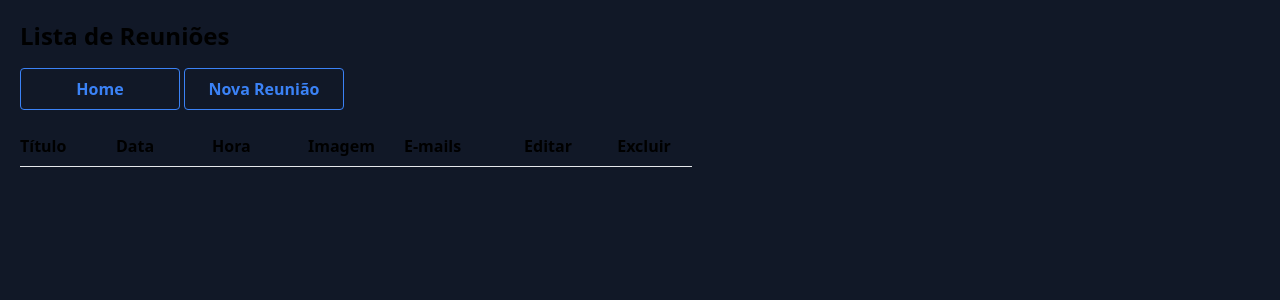
Repository: TamiBeira/meeting
Page: /meetings
These files come from the project's save history. The page is drawn as it stood at one moment and after the next save; the edit follows.
The browser window is 1280 px wide. The pictures show the whole page.
The project was rebuilt for these pictures with package versions that can differ from the ones it lists, and the page was loaded fresh each time. Also part of the build but not shown: vite.config.ts, src/contexts/FormContext.tsx, src/components/Form.tsx, src/components/HomePage.tsx.

Above is the page before, as saved 2024-02-27 00:13:16.

### index.html
<!doctype html>
<html lang="pt">
  <head>
    <meta charset="UTF-8" />
    <meta name="viewport" content="width=device-width, initial-scale=1.0" />
    <title>Meeting</title>
  </head>
  <body>
    <div id="root"></div>
    <script type="module" src="/src/main.tsx"></script>
  </body>
</html>

### src/app.tsx
import { BrowserRouter as Router, Routes, Route } from 'react-router-dom';
import { FormProvider } from './contexts/FormContext';
import { MeetingsProvider } from './contexts/MeetingsContext';
import { Form } from './components/Form';
import { MeetingsView } from './components/MeetingsView';
import { HomePage } from './components/HomePage';

export const App = () => {
  return (
    <Router>
      <Routes>
        <Route path="/" element={<HomePage />} />
        <Route path="/form" element={<FormProvider><Form /></FormProvider>} />
        <Route path="/meetings" element={<MeetingsProvider><MeetingsView /></MeetingsProvider>} />
      </Routes>
    </Router>
  );
};

### src/contexts/MeetingsContext.tsx
import React, { createContext, useState, useEffect, useContext } from 'react';
import { toast } from 'react-toastify';

export interface Meeting {
  title: string;
  data: string;
  hora: string;
  imagem?: string;
  imagemPath?: string;
  emails: string[];
}

interface MeetingsContextType {
  meetings: Meeting[];
  editableIndex: number | null;
  editedMeeting: Meeting;
  handleEdit: (index: number) => void;
  handleSave: () => void;
  handleDelete: (index: number) => void;
  handleInputChange: (event: React.ChangeEvent<HTMLInputElement>, key: string) => void;
}

interface MeetingContextProviderProps {
  children: React.ReactNode;
}

const MeetingsContext = createContext<MeetingsContextType | undefined>(undefined);

export const useMeetingsContext = () => {
  const context = useContext(MeetingsContext);
  if (!context) {
    throw new Error('useMeetingsContext must be used within a MeetingsProvider');
  }
  return context;
};

export const MeetingsProvider: React.FC<MeetingContextProviderProps> = ({ children }) => {
  const [meetings, setMeetings] = useState<Meeting[]>([]);
  const [editableIndex, setEditableIndex] = useState<number | null>(null);
  const [editedMeeting, setEditedMeeting] = useState<Meeting>({
    title: '',
    data: '',
    hora: '',
    emails: [],
  });

  useEffect(() => {
    const storedMeetings = localStorage.getItem('meetingData');
    if (storedMeetings) {
      setMeetings(JSON.parse(storedMeetings));
    }
  }, []);

  const handleEdit = (index: number) => {
    setEditableIndex(index);
    setEditedMeeting(meetings[index]);
  };

  const handleSave = () => {
    if (editableIndex === null) return;

    const updatedMeetings = [...meetings];
    updatedMeetings[editableIndex] = editedMeeting;
    setMeetings(updatedMeetings);
    localStorage.setItem('meetingData', JSON.stringify(updatedMeetings));
    setEditableIndex(null);
    setEditedMeeting({
      title: '',
      data: '',
      hora: '',
      emails: [],
    });
    toast.success('Reunião salva com sucesso!');
  };

  const handleDelete = (index: number) => {
    const confirmDelete = window.confirm('Tem certeza que deseja excluir esta reunião?');
    if (confirmDelete) {
      const updatedMeetings = [...meetings];
      updatedMeetings.splice(index, 1);
      setMeetings(updatedMeetings);
      localStorage.setItem('meetingData', JSON.stringify(updatedMeetings));
      toast.success('Reunião excluída com sucesso!');
    }
  };

  const handleInputChange = (event: React.ChangeEvent<HTMLInputElement>, key: string) => {
    setEditedMeeting({ ...editedMeeting, [key]: event.target.value });
  };

  const contextValue: MeetingsContextType = {
    meetings,
    editableIndex,
    editedMeeting,
    handleEdit,
    handleSave,
    handleDelete,
    handleInputChange,
  };

  return (
    <MeetingsContext.Provider value={contextValue}>
      {children}
    </MeetingsContext.Provider>
  );
};

### src/components/MeetingsView.tsx
import React from 'react';
import { Link } from 'react-router-dom';
import { ToastContainer } from 'react-toastify';
import { FaEdit, FaTrash } from 'react-icons/fa';
import { useMeetingsContext } from '../contexts/MeetingsContext';

export const MeetingsView: React.FC = () => {
  const {
    meetings,
    editableIndex,
    editedMeeting,
    handleEdit,
    handleSave,
    handleDelete,
    handleInputChange,
  } = useMeetingsContext();

  const handleImageChange = (e: React.ChangeEvent<HTMLInputElement>) => {
    const file = e.target.files && e.target.files[0];
    if (file) {
      const reader = new FileReader();
      reader.onloadend = () => {
        const imageDataUrl = reader.result as string;
        handleInputChange({ target: { value: imageDataUrl } } as React.ChangeEvent<HTMLInputElement>, 'imagem');
      };
      reader.readAsDataURL(file);
    }
  };

  return (
    <div className="mx-auto bg-gray-900 w-full h-screen p-5">
      <h2 className="text-2xl font-bold mb-4">Lista de Reuniões</h2>
      <div className="mt-4 mb-4">
        <Link to="/" className="w-40 mr-1 inline-block text-center border border-solid border-blue-500 text-blue-500 font-bold px-4 py-2 rounded">Home</Link>
        <Link to="/form" className="w-40 inline-block text-center border border-solid border-blue-500 text-blue-500 font-bold mr-2 px-4 py-2 rounded">Nova Reunião</Link>
      </div>
      <ul>
        <li className="border-b border-gray-200 py-2 flex sm:flex-row font-semibold max-w-2xl">
          <div className="w-1/5">Título</div>
          <div className="w-1/5">Data</div>
          <div className="w-1/5">Hora</div>
          <div className="w-1/5">Imagem</div>
          <div className="w-1/5">E-mails</div>
          <div className="w-1/5 text-center">Editar</div>
          <div className="w-1/5 text-center">Excluir</div>
        </li>
        {meetings.map((meeting, index) => (
          <li key={index} className="border-b border-gray-200 py-4 flex flex-col sm:flex-row justify-center items-center">
            {editableIndex === index ? (
              <>
                <input
                  type="text"
                  value={editedMeeting.title}
                  onChange={(e) => handleInputChange(e, 'title')}
                  className="mb-2 sm:mb-0 mr-4 px-4 py-2 border rounded-md shadow-sm focus:outline-none focus:ring-blue-500 focus:border-blue-500 max-w-28"
                  placeholder="Título"
                />
                <input
                  type="date"
                  value={editedMeeting.data}
                  onChange={(e) => handleInputChange(e, 'data')}
                  className="mb-2 sm:mb-0 mr-4 px-4 py-2 border rounded-md shadow-sm focus:outline-none focus:ring-blue-500 focus:border-blue-500"
                />
                <input
                  type="time"
                  value={editedMeeting.hora}
                  onChange={(e) => handleInputChange(e, 'hora')}
                  className="mb-2 sm:mb-0 mr-4 px-4 py-2 border rounded-md shadow-sm focus:outline-none focus:ring-blue-500 focus:border-blue-500"
                />
                <div className="flex items-center w-1/5">
                  <input
                    type="file"
                    accept="image/*"
                    onChange={handleImageChange}
                    className="hidden"
                    id="input-image"
                  />
                  <label htmlFor="input-image" className="cursor-pointer mr-2 underline text-blue-500">Escolher outra imagem</label>
                  {editedMeeting.imagem && (
                    <img src={editedMeeting.imagem} alt="Imagem da reunião" className="max-w-xs h-12" />
                  )}
                </div>
                <input
                  type="text"
                  value={editedMeeting.emails.join(', ')}
                  onChange={(e) => handleInputChange(e, 'emails')}
                  className="mb-2 sm:mb-0 mr-4 px-4 py-2 border rounded-md shadow-sm focus:outline-none focus:ring-blue-500 focus:border-blue-500 w-64"
                  placeholder="E-mails"
                />
                <div>
                  <button
                    onClick={handleSave}
                    className="bg-green-500 hover:bg-green-700 text-white font-bold py-2 px-4 mr-2 rounded"
                  >
                    Salvar
                  </button>
                </div>
              </>
            ) : (
              <>
                <div className="w-1/5">{meeting.title}</div>
                <div className="w-1/5">{meeting.data}</div>
                <div className="w-1/5">{meeting.hora}</div>
                <div className="w-1/5">
                  <img src={meeting.imagem} alt="Imagem da reunião" width={50} height={50}/>
                </div>
                <div className="w-1/5">{Array.isArray(meeting.emails) ? meeting.emails.join(', ') : ''}</div>
                <div className="w-1/5 text-center">
                  <button
                    onClick={() => handleEdit(index)}
                    className="text-blue-500 font-bold"
                  >
                    <FaEdit className="inline-block mr-1" />
                  </button>
                </div>
                <div className='w-1/5 justify-center text-center'>
                  <button
                    onClick={() => handleDelete(index)}
                    className="text-red-500 font-bold"
                  >
                    <FaTrash className="inline-block mr-1" />
                  </button>
                </div>
              </>
            )}
          </li>
        ))}
      </ul>
      <ToastContainer />
    </div>
  );
};

### tailwind.config.js
/** @type {import('tailwindcss').Config} */
export default {
  content: [
    "./index.html",
    "./src/**/*.tsx",
  ],
  theme: {
    extend: {},
  },
  plugins: [],
}

Loaded but not shown: src/main.tsx (common file); src/index.css (common file)

After the next save:
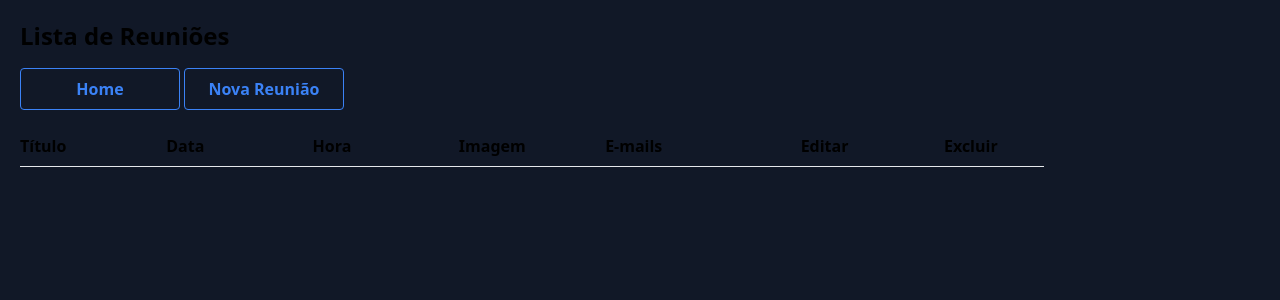
Saved 30 s later.
--- a/src/components/MeetingsView.tsx
+++ b/src/components/MeetingsView.tsx
@@ -35,7 +35,7 @@ export const MeetingsView: React.FC = () => {
         <Link to="/form" className="w-40 inline-block text-center border border-solid border-blue-500 text-blue-500 font-bold mr-2 px-4 py-2 rounded">Nova Reunião</Link>
       </div>
       <ul>
-        <li className="border-b border-gray-200 py-2 flex sm:flex-row font-semibold max-w-2xl">
+        <li className="border-b border-gray-200 py-2 flex sm:flex-row font-semibold max-w-5xl">
           <div className="w-1/5">Título</div>
           <div className="w-1/5">Data</div>
           <div className="w-1/5">Hora</div>
